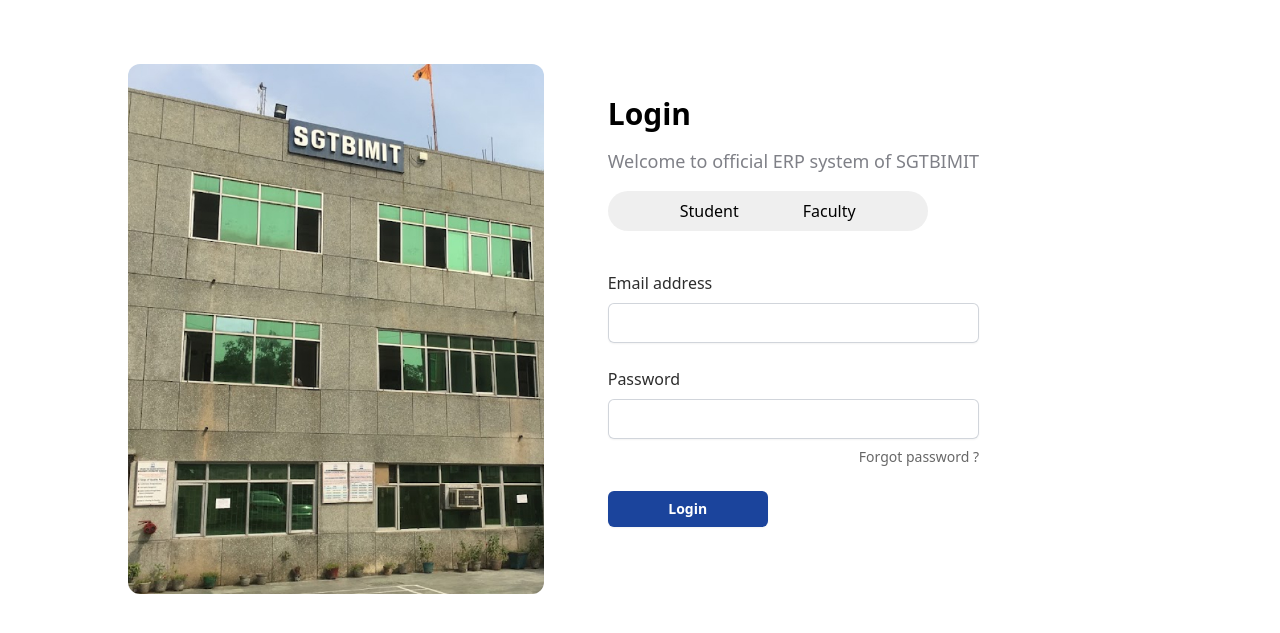
Repository: SehajBindra/SGTBIMIT-ERP-Client
Page: /StudentLogin
These files come from the project's save history. The page is drawn as it stood at one moment and after the next save; the edit follows.
The browser window is 1280 px wide. The pictures show the whole page.
The project was rebuilt for these pictures with package versions that can differ from the ones it lists, and the page was loaded fresh each time. Also part of the build but not shown: src/LOGIN/Login.js, src/LOGIN/FACULTY/FacultyLogin.js, src/STUDENT_PAGE/StuBody.js, src/STUDENT_PAGE/StuSidebar.js, src/STUDENT_PAGE/StuHeader.js, src/STUDENT_PAGE/StudentHome.js, src/FACULTY_PAGE/FacBody.js, src/FACULTY_PAGE/FacHeader.js and 2 more.

Above is the page before, as saved 2023-05-14 16:31:45.

### src/App.js
import React from 'react';
import { BrowserRouter as Router, Routes, Route } from "react-router-dom";
import './App.css';
import Login from './LOGIN/Login';
import StudentLogin from './LOGIN/STUDENT/StudentLogin';
import FacultyLogin from './LOGIN/FACULTY/FacultyLogin';
import StuBody from './STUDENT_PAGE/StuBody';
import StudentHome from './STUDENT_PAGE/StudentHome';
import StuSidebar from './STUDENT_PAGE/StuSidebar';
import StuHeader from './STUDENT_PAGE/StuHeader';
import FacBody from './FACULTY_PAGE/FacBody';
import FacHeader from './FACULTY_PAGE/FacHeader';
import FacSidebar from './FACULTY_PAGE/FacSidebar';
import FacultyHome from './FACULTY_PAGE/FacultyHome';
function App() {
  return (
    <div className="App">
      <Router>
        <Routes>
        <Route exact path="/" element={<Login />}></Route>
        <Route exact path="StudentLogin" element={<StudentLogin/>}></Route>
        <Route exact path="FacultyLogin" element={<FacultyLogin/>}></Route>
        <Route exact path="StuBody" element={<StuBody/>}></Route>
        <Route exact path="StuSidebar" element={<StuSidebar/>}></Route>
        <Route exact path="StuHeader" element={<StuHeader/>}></Route>
        <Route exact path="StudentHome" element={<StudentHome/>}></Route>
        <Route exact path="FacBody" element={<FacBody/>}></Route>
        <Route exact path="FacHeader" element={<FacHeader/>}></Route>
        <Route exact path="FacSidebar" element={<FacSidebar/>}></Route>
        <Route exact path="FacultyHome" element={<FacultyHome/>}></Route>
        </Routes>
      </Router>
    </div>
  );
}

export default App;

### src/LOGIN/STUDENT/StudentLogin.js
import React, { useEffect, useState } from "react";
import VisibilityIcon from "@mui/icons-material/Visibility";
import VisibilityOffIcon from "@mui/icons-material/VisibilityOff";

const StudentLogin = () => {
  const [translate, setTranslate] = useState(false);
  const [username, setUsername] = useState("");
  const [password, setPassword] = useState("");
  const [showPassword, setShowPassword] = useState(false);
  const [loading] = useState(false);

  useEffect(() => {
    setTimeout(() => {
      setTranslate(true);
    }, 1000);
  }, []);

  return (
    <div className=" flex flex-row h-[530px] my-16 max-w-5xl mx-auto ">
      <div className=" flex-col flex  ">
        <img
          className="hidden md:inline h-[530px] object-cover rounded-xl"
          src="/sgtb.jpg"
          alt="banner_image"
        />
      </div>

      <div className="bg-white text-left flex  ml-16 flex-col my-8">
        <h2 className="text-3xl  font-semibold">Login</h2>
        <p className="text-[#7F8087] text-[18px] my-4">
          Welcome to official ERP system of SGTBIMIT
        </p>

        <div
          className="flex  flex-row items-center  justify-center h-10 text-[#
            1B449C] bg-[#EEEE] max-w-xs  space-x-16 capitalize text-[16px] rounded-[32px]"
        >
          <p>student</p>
          <p className="">faculty</p>
        </div>

        <div>
          <div className="mt-10 text-[16px]  sm:w-full sm:max-w-sm">
            <form className="space-y-6" action="#" method="POST">
              <div>
                <label className="block text-left  font-normal leading-6 text-[#2D2D2D]">
                  Email address
                </label>
                <div className="mt-2">
                  <input
                    id="email"
                    name="email"
                    type="email"
                    autoComplete="email"
                    required
                    className="block w-full rounded-md border-0 py-2 text-gray-900 shadow-sm ring-1 ring-inset ring-gray-300 placeholder:text-gray-400 focus:ring-2 focus:ring-inset focus:ring-indigo-600 sm:text-sm sm:leading-6"
                  />
                </div>
              </div>

              <div>
                <div className="flex items-center justify-between">
                  <label
                    htmlFor="password"
                    className="block  font-normal leading-6 text-[#2D2D2D]"
                  >
                    Password
                  </label>
                </div>
                <div className="mt-2">
                  <input
                    id="password"
                    name="password"
                    type="password"
                    autoComplete="current-password"
                    required
                    className="block w-full rounded-md border-0 py-2 text-gray-900 shadow-sm ring-1 ring-inset ring-gray-300 placeholder:text-gray-400 focus:ring-2 focus:ring-inset focus:ring-indigo-600 sm:text-sm sm:leading-6"
                  />
                </div>
                <div className="text-sm text-right my-2">
                  <a
                    href="#"
                    className=" font-medium text-black/60 hover:text-black/60"
                  >
                    Forgot password ?
                  </a>
                </div>
              </div>

              <div>
                <button
                  type="submit"
                  className="flex w-40 justify-center rounded-md bg-[#1B449C] px-3 py-1.5 text-sm font-semibold leading-6 text-white shadow-sm hover:bg-indigo-500 focus-visible:outline focus-visible:outline-2 focus-visible:outline-offset-2 focus-visible:outline-indigo-600"
                >
                  Login
                </button>
              </div>
            </form>
          </div>
        </div>
      </div>
    </div>
  );
};

export default StudentLogin;

### src/LOGIN/Login.css
*{
    margin: 0;
    padding: 0;
}
.display{
    min-height: 100vh;
    width: 100%;
    background-image: url("back.jpg");
    background-repeat: no-repeat;
    background-size: cover;
    background-position: center;
    position: relative;

}

Loaded but not shown: public/index.html (common file); src/index.js (common file); src/index.css (common file); src/App.css (common file); tailwind.config.js (common file)

After the next save:
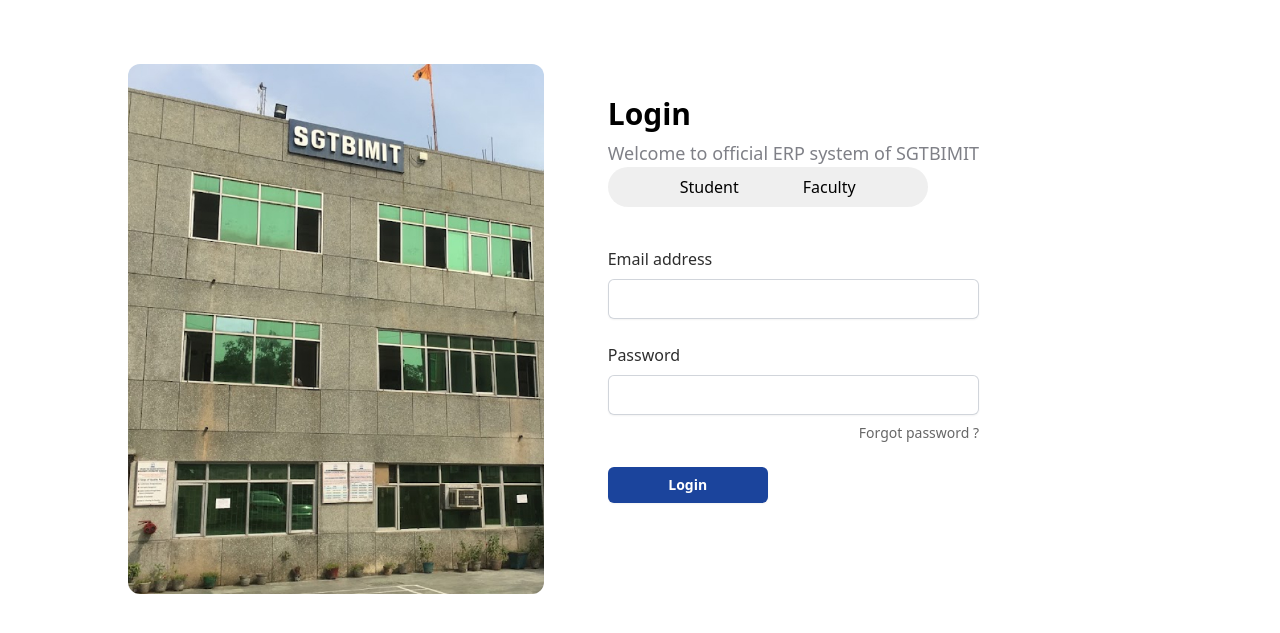
Saved 3 min 45 s later.
--- a/src/LOGIN/STUDENT/StudentLogin.js
+++ b/src/LOGIN/STUDENT/StudentLogin.js
@@ -27,7 +27,7 @@
 
       <div className="bg-white text-left flex  ml-16 flex-col my-8">
         <h2 className="text-3xl  font-semibold">Login</h2>
-        <p className="text-[#7F8087] text-[18px] my-4">
+        <p className="text-[#7F8087] text-[18px] mt-2">
           Welcome to official ERP system of SGTBIMIT
         </p>
 

After the save that followed:
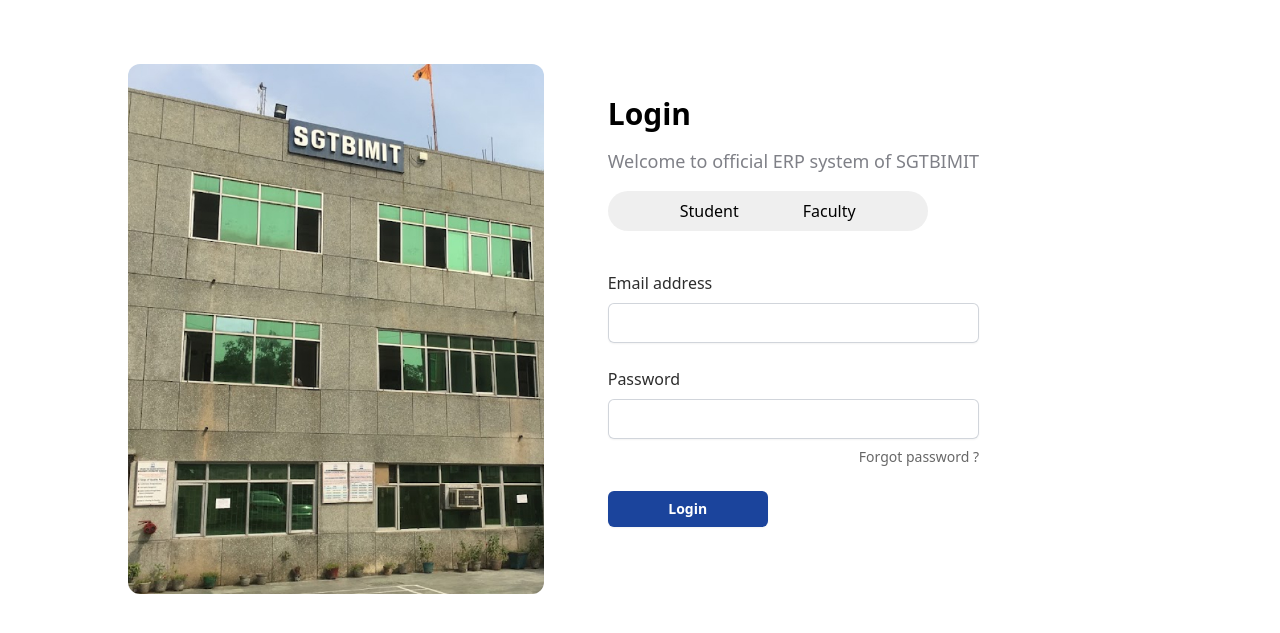
Saved 24 s later.
--- a/src/LOGIN/STUDENT/StudentLogin.js
+++ b/src/LOGIN/STUDENT/StudentLogin.js
@@ -27,7 +27,7 @@
 
       <div className="bg-white text-left flex  ml-16 flex-col my-8">
         <h2 className="text-3xl  font-semibold">Login</h2>
-        <p className="text-[#7F8087] text-[18px] mt-2">
+        <p className="text-[#7F8087] text-[18px] my-4">
           Welcome to official ERP system of SGTBIMIT
         </p>
 
